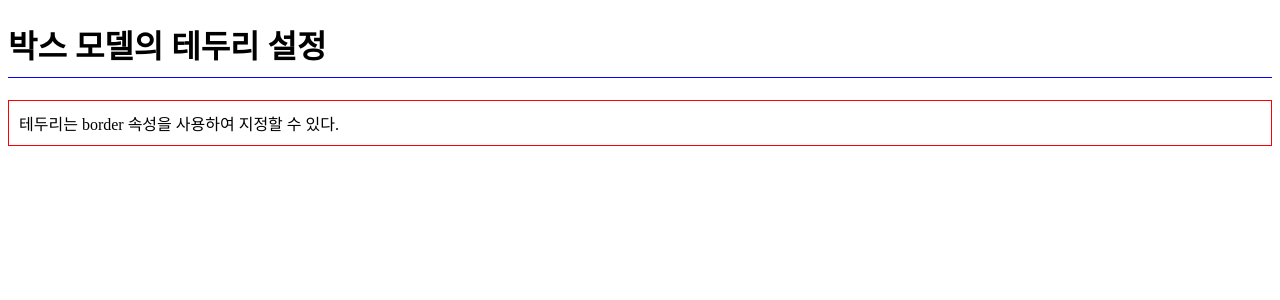
Repository: KimHeonSeung/TJE_HTML
Page: sources/day_04/WebContent/style_13.html
These files come from the project's save history. The page is drawn as it stood at one moment and after the next save; the edit follows.
The browser window is 1280 px wide. The pictures show the whole page.

Above is the page before, as saved 2019-05-15 01:38:30.

After the next save:
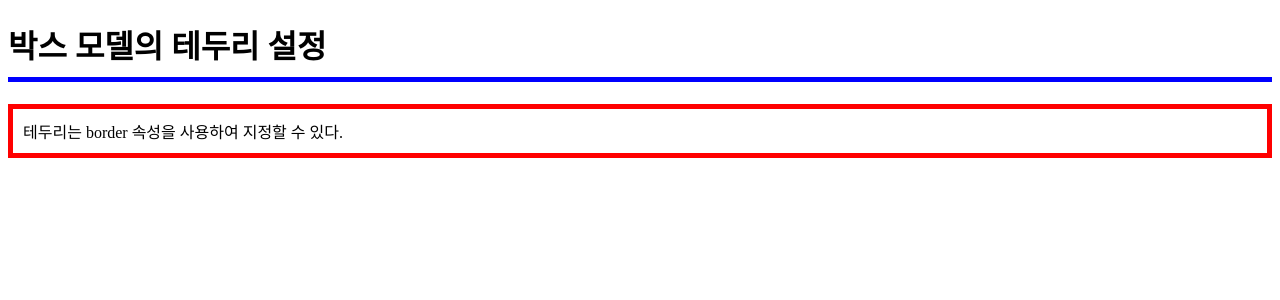
Saved 19 s later.
--- a/sources/day_04/WebContent/style_13.html
+++ b/sources/day_04/WebContent/style_13.html
@@ -7,12 +7,12 @@
 <style type = "text/css">
 h1 {
 	padding-bottom: 10px;
-	border-bottom: 1px solid blue;
+	border-bottom: 5px solid blue;
 }
 
 p {
 	padding: 10px;
-	border: 1px red solid;
+	border: 5px red solid;
 }
 
 </style>
